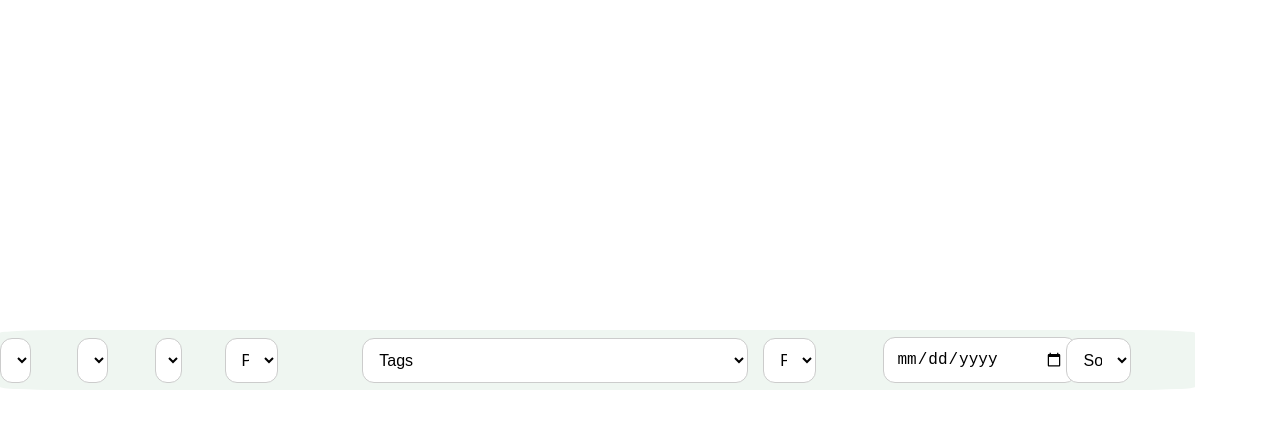
Repository: SandeepYadav18717/TruEstae
Page: / (app in TruEstae/)
The author's editor kept a copy of each file at every save. The page is drawn from the files as they stood at one save, then again after the next save.
The browser window is 1280 px wide. The pictures show the whole page.
The project was rebuilt for these pictures with package versions that can differ from the ones it lists, and the page was loaded fresh each time. Also part of the build but not shown: TruEstae/vite.config.js, TruEstae/src/App.css, TruEstae/src/Styles/Logo.css, TruEstae/src/Pages/Logo.jsx, TruEstae/src/Styles/search_bar.css, TruEstae/src/components/search_bar.jsx.

Above is the page before, as saved 2025-12-07 01:18:10.

After the next save:
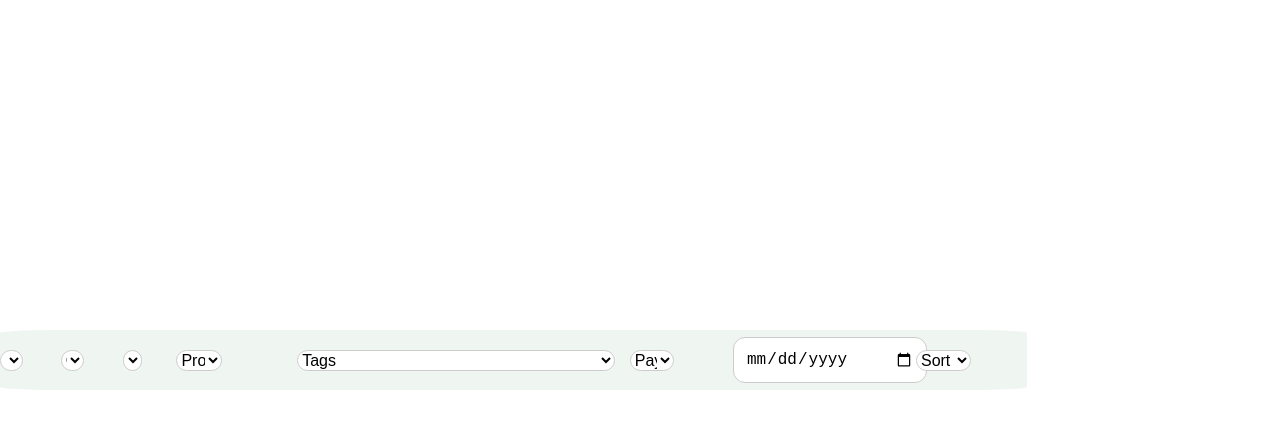
Saved 5 s later.
--- a/TruEstae/src/Styles/Home.css
+++ b/TruEstae/src/Styles/Home.css
@@ -14,7 +14,7 @@
 /* All dropdowns */
 select {
   width: 50%;
-  padding: 12px;
+
   border-radius: 12px;       /* curved corners */
   border: 1px solid #ccc;
   background: #fff;
